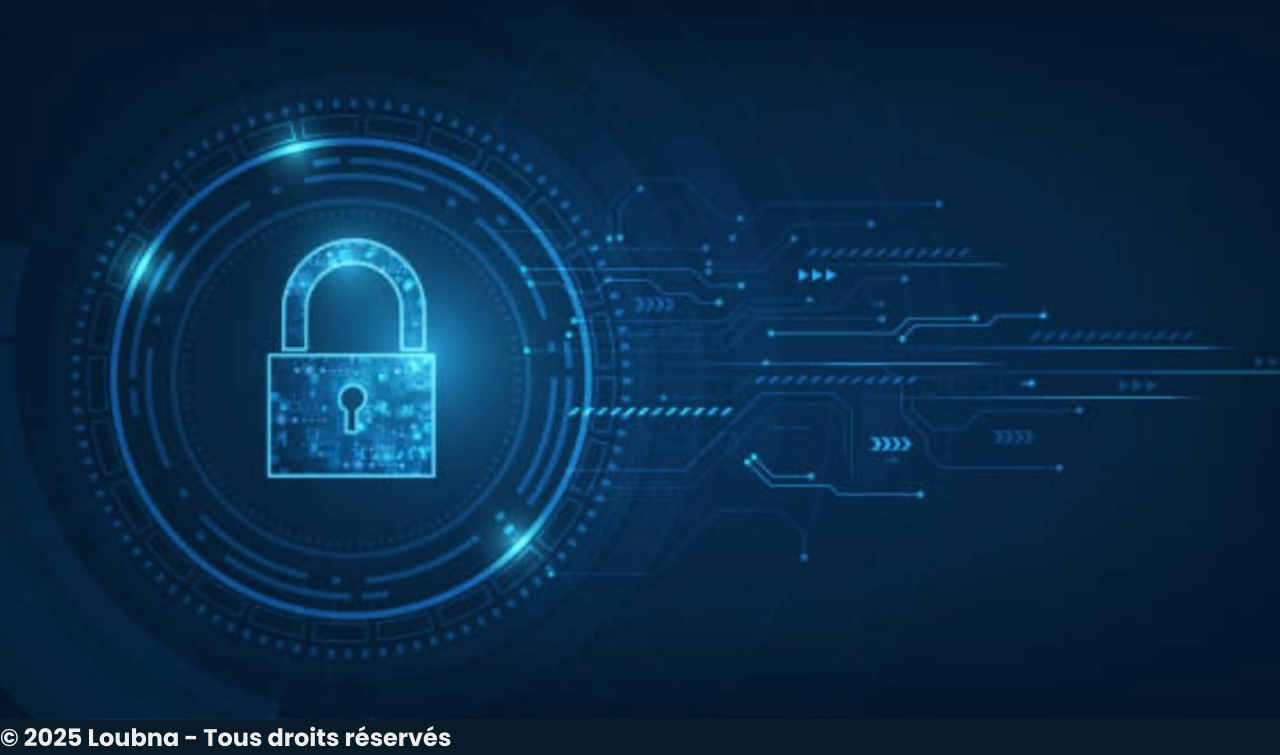
Repository: Loubna77290/Portfolio-de-Loubna
Page: footer.html
An editor plug-in stored every save of this project. The page is shown before and after the next save, followed by the edit.
The browser window is 1280 px wide. The pictures show the whole page.

Above is the page before, as saved 2025-03-09 23:52:47.

### footer.html
<!DOCTYPE html>
<html lang="en">
<head>
    <meta charset="UTF-8">
    <meta name="viewport" content="width=device-width, initial-scale=1.0">
    <title>Document</title>
    <link rel="stylesheet" href="style.css">

    <body>
        <section class="footer-background">
    </body>
</section>
<footer>
    <div class="Contenu-footer">
    <p> <h2>&copy; 2025 Loubna - Tous droits réservés </p></h2>
</div>
</footer>
</html>

### style.css
@import url('https://fonts.googleapis.com/css2?family=Poppins:wght@300;400;500;600;700;800;900&display=swap');

* {
    margin: 0;
    padding: 0;
    box-sizing: border-box;
    font-family: 'Poppins', sans-serif;

}

body {
    background: #081b29;
    color: #ededed;

}

.header {
    position:fixed;
    top: 0;
    left:0;
    width: 100%;
    padding: 20px 10px;
    background: transparent;
    display: flex;
    justify-content: space-between;
    align-items: center;
    z-index: 100;
}


.logo {
    position: relative;
    margin-left: 30px;
    font-size: 25px;
    color: #ededed;
    text-decoration: none;
    font-weight: 600;

}

.logo::before {
    content: '';
    position: absolute;
    top: 0;
    right: 0;
    width: 100%;
    height: 100%;
    background: #081b29b6;
    animation: showRight 1s ease forwards;
    animation-delay: .4s;;
}

.navbar a {
    font-size: 18px;
    color: #ededed;
    text-decoration: none;
    font-weight: 500;
    margin-right: 60px;
    justify-content: flex-end;
    transition: .3s;

}

.navbar a:hover,
.navbar a.active {
    color: #00abf0;

}

.accueil {
    height: 100vh;
    background: url(./IMG_7408.jpg) no-repeat center center;
    background-size: cover;
    display: flex;
    align-items: center;
    padding: 0 10%;
}

.accueil-contenu {
    background: transparent;
    max-width: 600px;


    }

.accueil-contenu h2 {
    font-size: 45px;
    font-weight: 700;
    line-height: 1.2;
    white-space: nowrap;
}

.accueil-contenu h2::before {
    content: '';
    position: absolute;
    top: 0;
    right: 0;
    width: 100%;
    height: 100%;
    background: #081b29;
    animation: showRight 1s ease forwards;
    animation-delay: 1s;
}

.accueil-contenu h3 {
    font-size: 30px;
    font-weight: 600;
    color: #0ff;

}

.accueil-contenu p {
    font-size: 16px;
    margin: 20px  0 40px;
    line-height: 1.2;
}

.accueil-contenu .btn-box {
    position: relative;
    display: flex;
    justify-content: space-between;
    width: 380px;
    height: 60px;

}

.accueil-contenu .btn-box::before {
    content: '';
    position: absolute;
    top: 0;
    right: 0;
    width: 100%;
    height: 100%;
    background: #081b294d;
    animation: showRight 1s ease forwards;
    animation-delay: 1.9s;
    z-index: 2;
}

.btn-box a {
    position: relative;
    display: inline-flex;
    justify-content: center;
    align-items: center;
    width: 150px;
    height: 110%;
    background: #00abf0;
    border: 2px solid #00abf0;
    border-radius: 8px;
    font-size: 19px;
    color: #081b29;
    text-align: center;
    text-decoration: none;
    font-weight: 600;
    letter-spacing: 1px;
    z-index: 1;
    overflow: hidden;
    transition: .5s;
}

.btn-box a:hover {
    color: #00abf0;

}

.btn-box a:nth-child(2) {
    background: transparent;
    color:#00abf0
}

.btn-box a:nth-child(2):hover {
    color:#081b29;
}


.btn-box a:nth-child(2)::before {
    background: #00abf0;
    }

.btn-box a::before {
    content: '';
    position: absolute;
    top: 0;
    left: 0;
    width: 0;
    height: 100%;
    background: #081b29;
    z-index: -1;
    transition: .5s;
}

.btn-box a:hover::before {
    width: 100%;
    }

.home-sci {
    position: absolute;
    bottom: 1px;
    width: 150px;
    display: flex;
    justify-content: space-between;
}

.home-sci::before {
    content: '';
    position: absolute;
    top: 0;
    right: 0;
    width: 100%;
    height: 100%;
    background: #081b29;
    animation: showRight 1s ease forwards;
    animation-delay: 2.5s;
    z-index: 2;
}

.home-sci a {
    position: relative;
    display: inline-flex;
    justify-content: center;
    align-items: center;
    width: 40px;
    height: 40px;
    background: transparent;
    border: 2px solid #00abf0;
    border-radius: 50%;
    font-size: 20px;
    text-decoration: none;
    z-index: 1;
    overflow: hidden;
    transition: .5s;
    color: #00abf0;
}

.home-sci a:hover {
    color: #081b29;

}
.home-sci a::before {
    content: '';
    position: absolute;
    top: 0;
    left: 0;
    width: 0;
    height: 100%;
    background:#00abf0;
    transition: .5s;
    z-index: -1;
}

.home-sci a:hover::before {
    width: 100%;
}

/* KEYFRAMES ANIMATION */
@keyframes showRight {
    100% {
        width: 0;
    }
}

.contact-background  {
    background: url('/IMG_7400.jpg');
    height: 100vh;
    background-size: cover;
    display: flex;
}


.footer-background  {
    background: url('/IMG_7400.jpg');
    height: 100vh;
    background-size: cover;
    display: flex;
}

.contenu-footer {
    background-color: aliceblue;
}

After the next save:
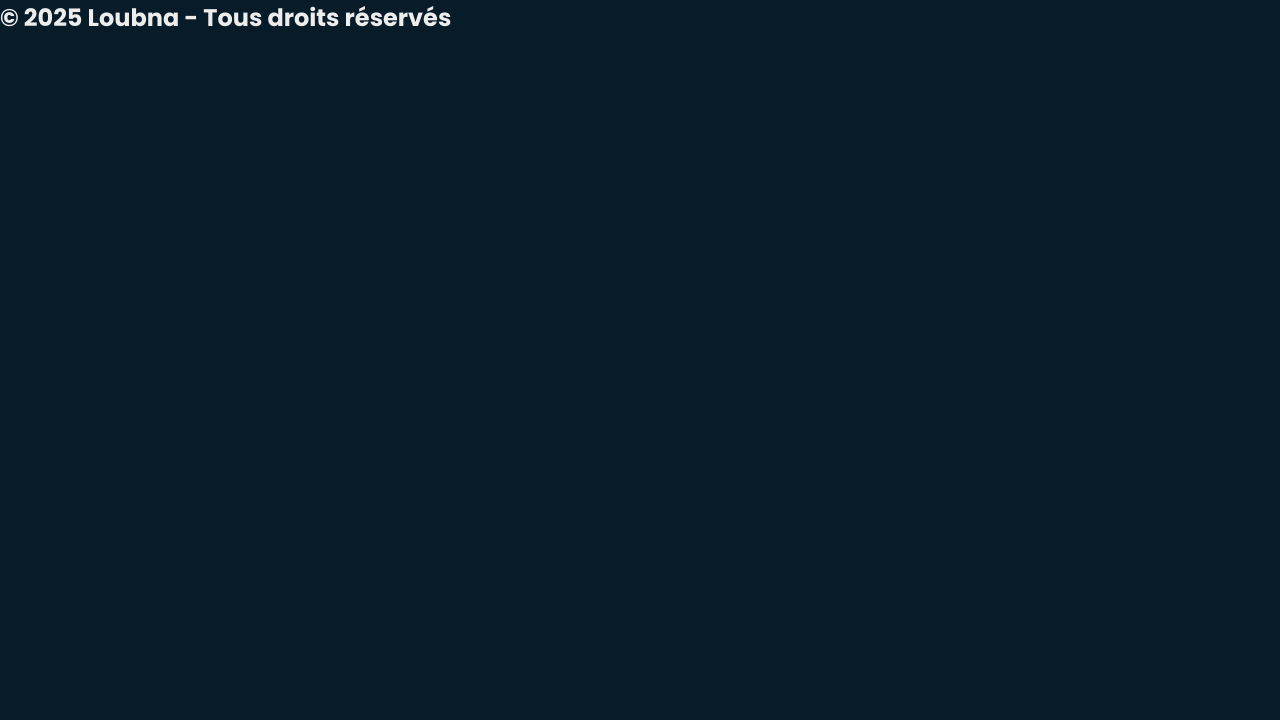
Saved 12 s later.
--- a/style.css
+++ b/style.css
@@ -267,12 +267,7 @@
 }
 
 
-.footer-background  {
-    background: url('/IMG_7400.jpg');
-    height: 100vh;
-    background-size: cover;
-    display: flex;
-}
+
 
 .contenu-footer {
     background-color: aliceblue;

After the save that followed:
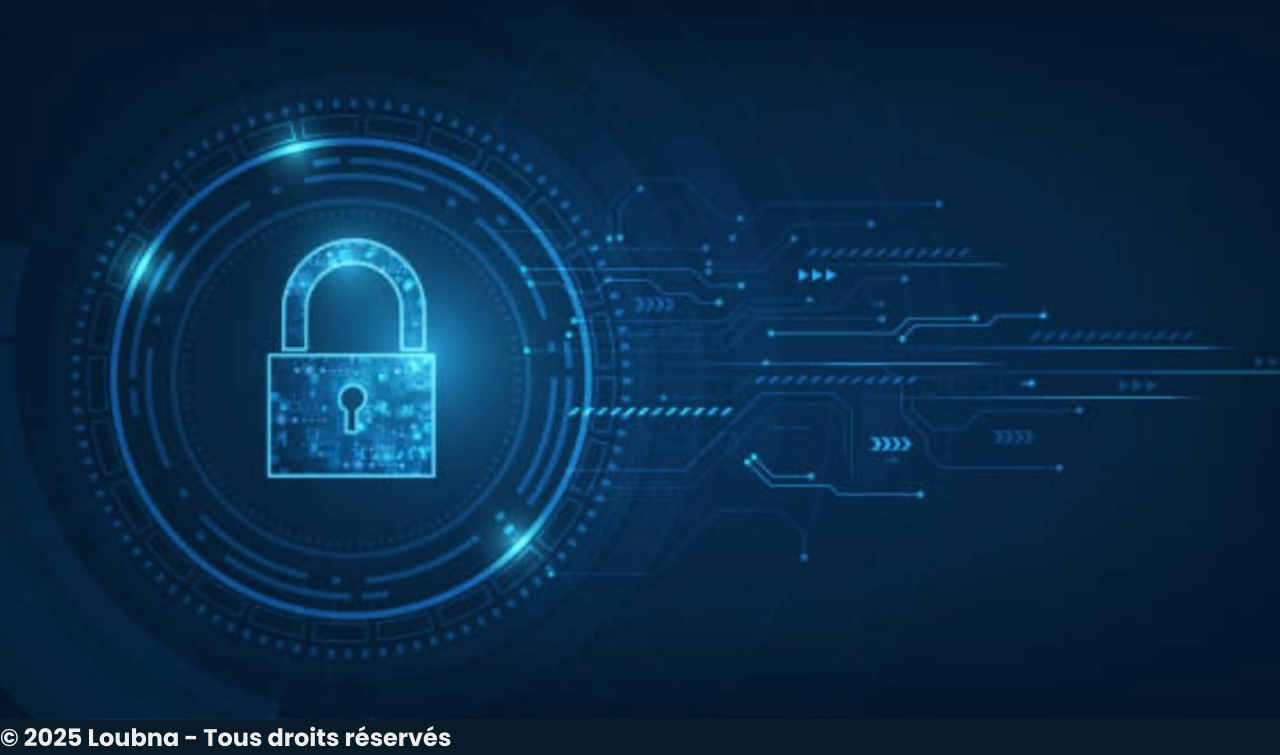
Saved 45 s later.
--- a/style.css
+++ b/style.css
@@ -267,8 +267,9 @@
 }
 
 
-
-
-.contenu-footer {
-    background-color: aliceblue;
-}
+.footer-background  {
+    background: url('/IMG_7400.jpg');
+    height: 100vh;
+    background-size: cover;
+    display: flex;
+}
